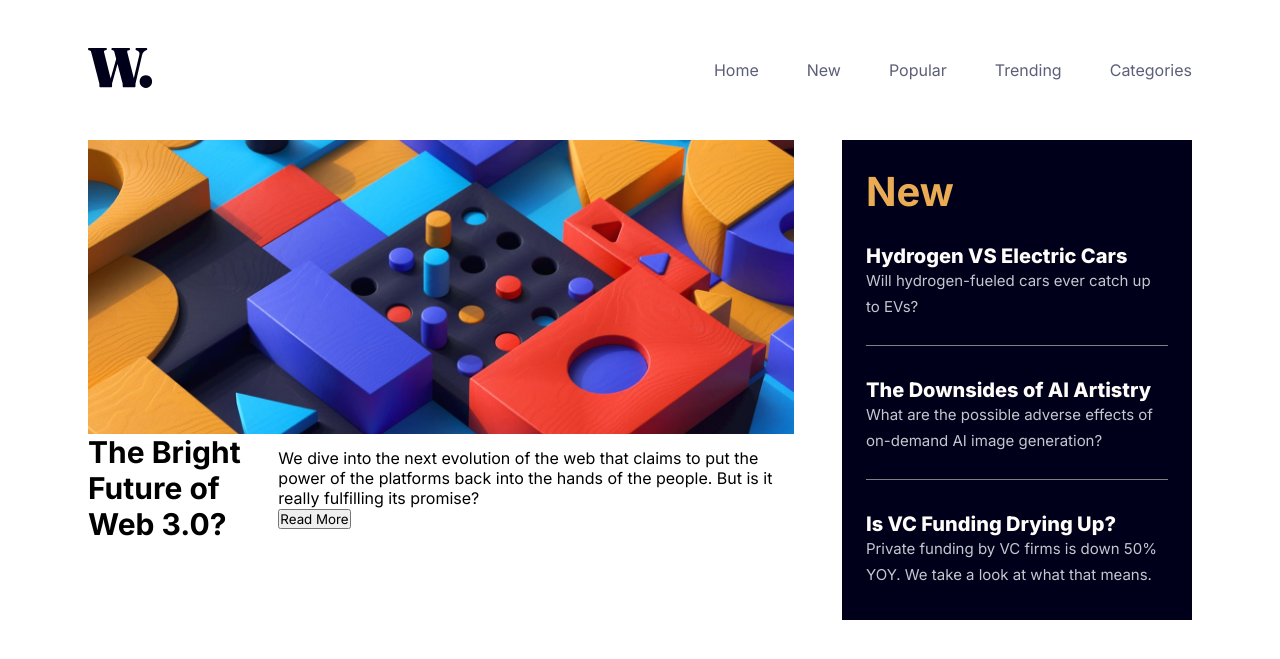
Repository: DevAntonioRogers/FrontendMentor-News-Homepage
Page: index.html
An editor plug-in stored every save of this project. The page is shown before and after the next save, followed by the edit.
The browser window is 1280 px wide. The pictures show the whole page.

Above is the page before, as saved 2023-04-21 12:40:05.

### index.html
<!DOCTYPE html>
<html lang="en">
  <head>
    <meta charset="UTF-8" />
    <meta http-equiv="X-UA-Compatible" content="IE=edge" />
    <meta name="viewport" content="width=device-width, initial-scale=1.0" />
    <link rel="stylesheet" href="styles.css" />
    <title>Document</title>
  </head>
  <body>
    <nav>
      <div class="logo">
        <img src="./assets/logo.svg" alt="logo" />
      </div>
      <ul class="nav-menu">
        <li>Home</li>
        <li>New</li>
        <li>Popular</li>
        <li>Trending</li>
        <li>Categories</li>
      </ul>
      <div class="mobile-icons">
        <img src="./assets/icon-menu.svg" alt="" />
        <img src="./assets/icon-menu-close.svg" alt="" />
      </div>
    </nav>

    <section class="hero">
      <div class="left">
        <picture>
          <source srcset="assets/image-web-3-mobile.jpg" media="(max-width: 768px)" />
          <img src="assets/image-web-3-desktop.jpg" alt="banner" />
        </picture>
        <article class="hero-article">
          <h1>The Bright Future of Web 3.0?</h1>
          <div>
            <p>
              We dive into the next evolution of the web that claims to put the power of the platforms back into the
              hands of the people. But is it really fulfilling its promise?
            </p>
            <button>Read More</button>
          </div>
        </article>
      </div>

      <div class="right">
        <h1>New</h1>

        <div>
          <h3>Hydrogen VS Electric Cars</h3>
          <p>Will hydrogen-fueled cars ever catch up to EVs?</p>
        </div>

        <div>
          <h3>The Downsides of AI Artistry</h3>
          <p>What are the possible adverse effects of on-demand AI image generation?</p>
        </div>

        <div>
          <h3>Is VC Funding Drying Up?</h3>
          <p>Private funding by VC firms is down 50% YOY. We take a look at what that means.</p>
        </div>
      </div>
    </section>
  </body>
</html>

### styles.css
@import url('https://fonts.googleapis.com/css2?family=Inter:wght@400;700;800&display=swap');

*{
  box-sizing: border-box;
  margin: 0;
  padding: 0;
  font-family: 'Inter', sans-serif;
}

/* img{
  width: 100%;
  height: 100%;
} */

body{
  max-width: 1200px;
  margin: auto;
  padding: 3rem;
}

a{
  text-decoration: none;
}

li{
  list-style: none;
}

/* NAVBAR STYLES */

nav{
  display: flex;
  justify-content: space-between;
  align-items: center;
}

.nav-menu{
  display: flex;
  gap: 3rem;
}

.nav-menu{
  color: hsl(236, 13%, 42%);
}

.mobile-icons{
  display: none;
}

/* HERO STYLES */

.hero{
  display: flex;
  justify-content: center;
  gap: 3rem;
  margin-top: 3rem;
  max-height: 500px;
}

.left{
  display: flex;
  flex-direction: column;
}

.left img{
  max-width: 100%;
  height: 100%;
}

.hero-article{
  display: flex;
  align-items: center;
}

.hero-article h1{
  font-size: 30px;
}











.right{
  background-color: hsl(240, 100%, 5%);
  color: white;
  padding: 2rem 1.5rem;
  display: flex;
  flex-direction: column;
  gap: 2rem;
  min-width: 350px;
}

.right h1{
  font-size: 40px;
  color: hsl(35, 77%, 62%);
  line-height: 40px;
  font-weight: 700;
}

.right h3 {
  font-weight: 800;
  font-size: 20px;
  line-height: 24px;
  color: hsl(36, 100%, 99%);
}

.right p{
  font-weight: 400;
  font-size: 15px;
  line-height: 26px;
  color: hsl(233, 8%, 79%);
}

.right div{
  margin: auto;
  border-bottom: solid 1px grey;
  padding-bottom: 25px;
}

.right div:nth-child(4){
  border: none;
  padding-bottom: 0;
}

After the next save:
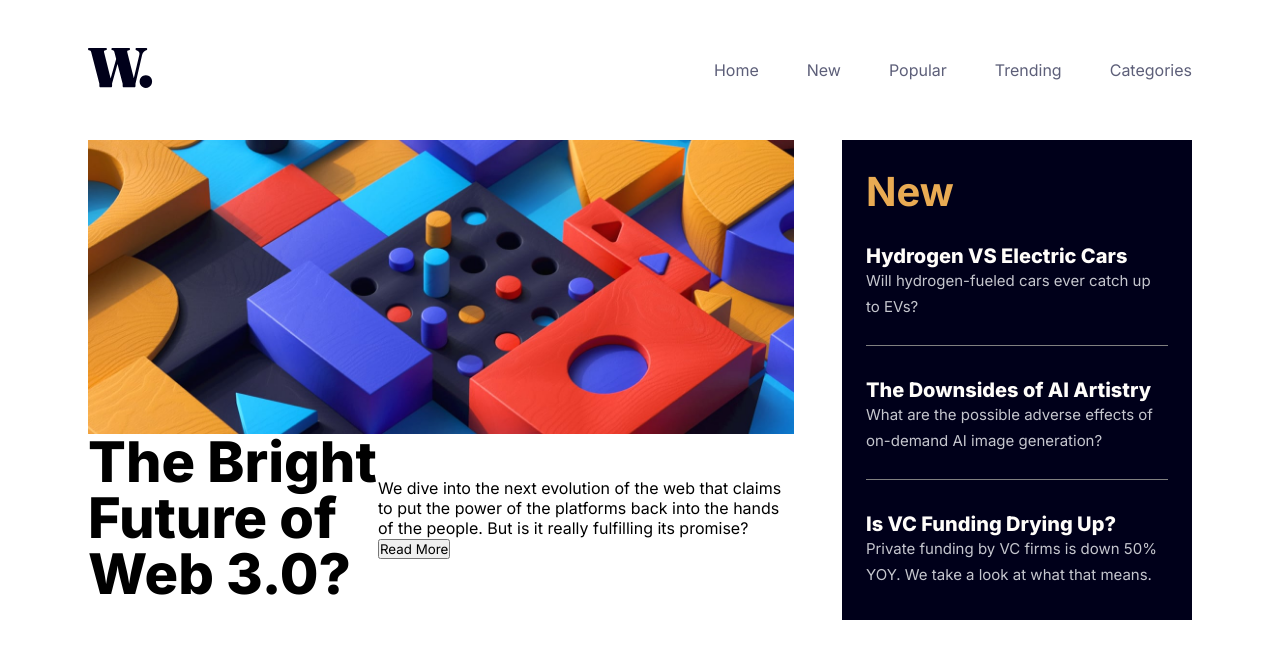
Saved 112 s later.
--- a/styles.css
+++ b/styles.css
@@ -73,7 +73,13 @@ nav{
 }
 
 .hero-article h1{
-  font-size: 30px;
+  font-weight: 800;
+font-size: 56px;
+line-height: 56px;
+/* or 100% */
+
+display: flex;
+align-items: center;
 }
 
 
